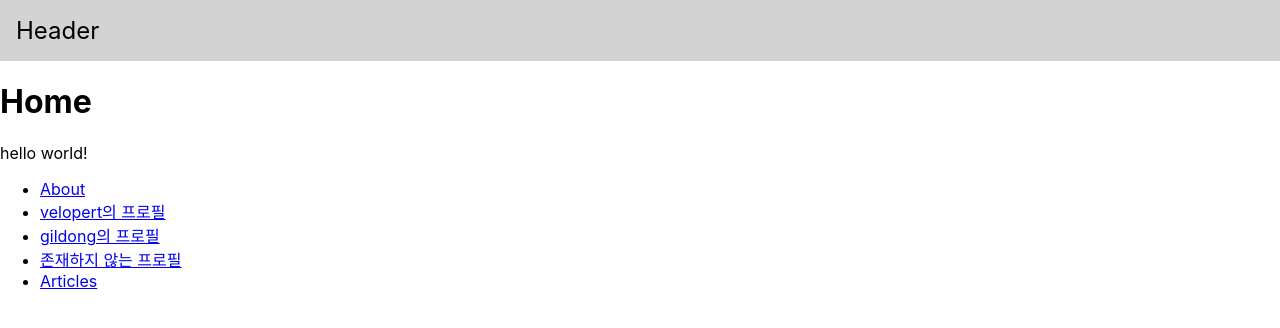
Repository: jongheonleee/hello_my_react
Page: / (app in router-tutorial/)
The author's editor kept a copy of each file at every save. The page is drawn from the files as they stood at one save, then again after the next save.
The browser window is 1280 px wide. The pictures show the whole page.
The project was rebuilt for these pictures with package versions that can differ from the ones it lists, and the page was loaded fresh each time. Also part of the build but not shown: router-tutorial/src/pages/About.js, router-tutorial/src/pages/Profile.js, router-tutorial/src/App.css, router-tutorial/src/pages/Articles.js, router-tutorial/src/pages/Article.js.

Above is the page before, as saved 2024-09-24 16:14:14.

After the next save:
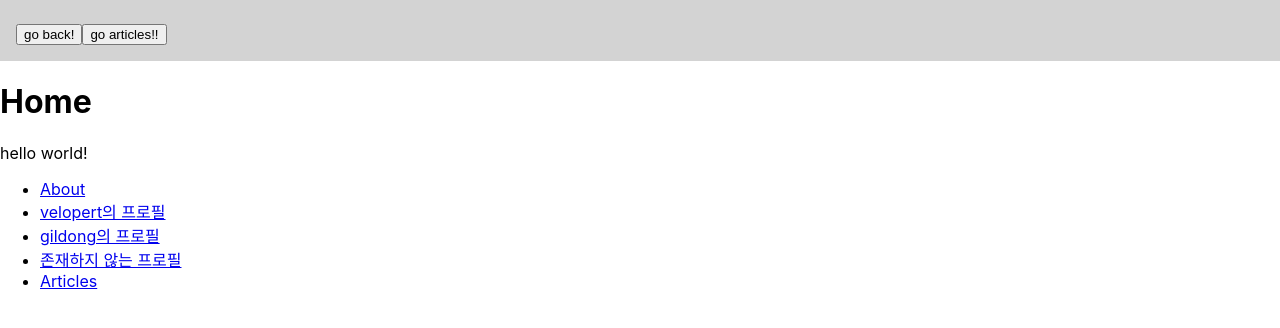
Saved 58 s later.
--- a/router-tutorial/src/Layout.js
+++ b/router-tutorial/src/Layout.js
@@ -16,7 +16,8 @@ const Layout = () => {
     return (
         <div>
             <header style={{background : 'lightgray', padding : 16, fontSize : 24}}>
-                Header
+                <button onClick={goBack}>go back!</button>
+                <button onClick={goArticles}>go articles!!</button>
             </header>
             <main>
                 <Outlet />
